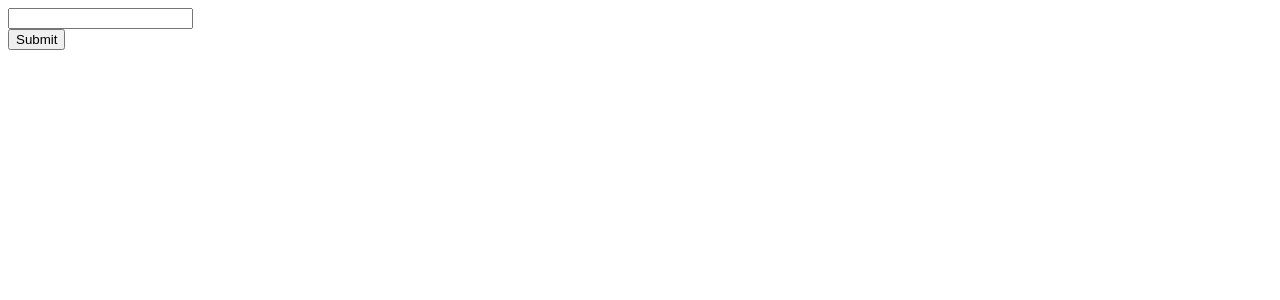
Repository: suma94/MyProjects
Page: http://localhost/ServletDemo/DeleteEmployee.jsp
The author's editor kept a copy of each file at every save. The page is drawn from the files as they stood at one save, then again after the next save.
The browser window is 1280 px wide. The pictures show the whole page.
The page is served by Tomcat 9. Other server files are loaded and not shown.

Above is the page before, as saved 2015-08-11 12:54:19.

### ServletDemo/WebContent/DeleteEmployee.jsp
<%@ page language="java" contentType="text/html; charset=ISO-8859-1"
    pageEncoding="ISO-8859-1"%>
<!DOCTYPE html PUBLIC "-//W3C//DTD HTML 4.01 Transitional//EN" "http://www.w3.org/TR/html4/loose.dtd">
<html>
<head>
<meta http-equiv="Content-Type" content="text/html; charset=ISO-8859-1">
<title>Insert title here</title>
</head>
<body>
<form action="DeleteEmployee">
	<input type="text" name="empcode"><br>
	<input type="submit">
</form>
</body>
</html>

After the next save:
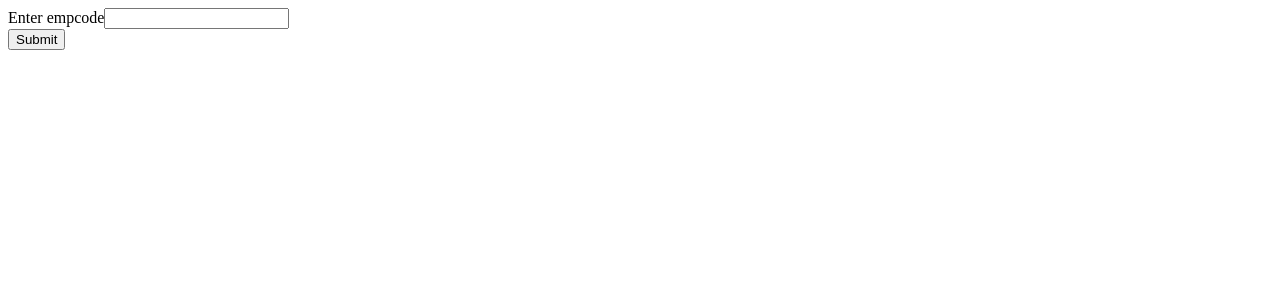
Saved 45 s later.
--- a/ServletDemo/WebContent/DeleteEmployee.jsp
+++ b/ServletDemo/WebContent/DeleteEmployee.jsp
@@ -8,7 +8,7 @@
 </head>
 <body>
 <form action="DeleteEmployee">
-	<input type="text" name="empcode"><br>
+	Enter empcode<input type="text" name="empcode"><br>
 	<input type="submit">
 </form>
 </body>
